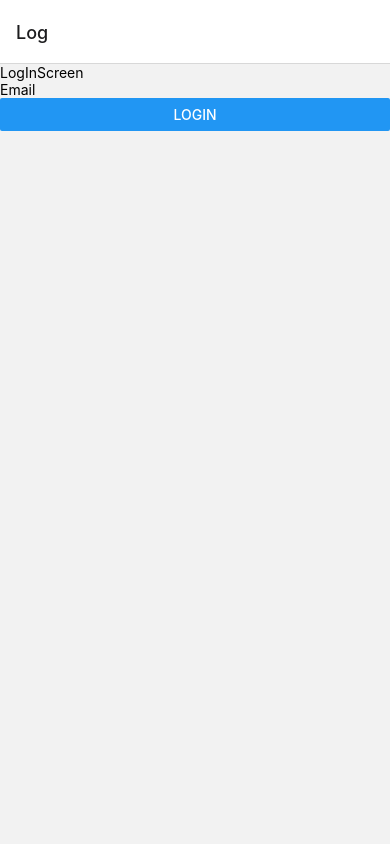
Repository: kgayathridevi/pregband
Screen: /
These files come from the project's save history. The screen is drawn as it stood at one moment and after the next save; the edit follows.
The app was drawn by React Native's web renderer in a window 390 px wide. The project was rebuilt for these pictures with package versions that can differ from the ones it lists, and the page was loaded fresh each time. Also part of the build but not shown: component/SignUpScreen.jsx.

Above is the screen before, as saved 2023-04-28 11:48:38.

After the next save:
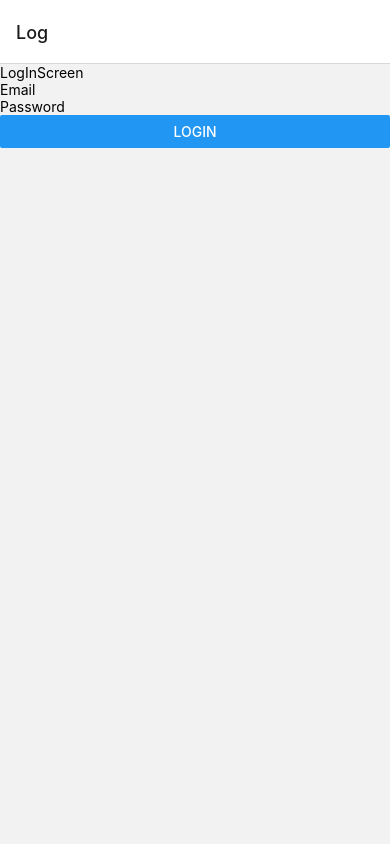
Saved 18 s later.
--- a/component/LogInScreen.jsx
+++ b/component/LogInScreen.jsx
@@ -6,6 +6,7 @@ const LogInScreen = ({ navigation }) => {
     <View>
       <Text>LogInScreen</Text>
       <TextInput placeholder="Email" />
+      <TextInput placeholder="Password" />
       <Button title="Login" onPress={() => navigation.navigate("Sign")} />
     </View>
   );
